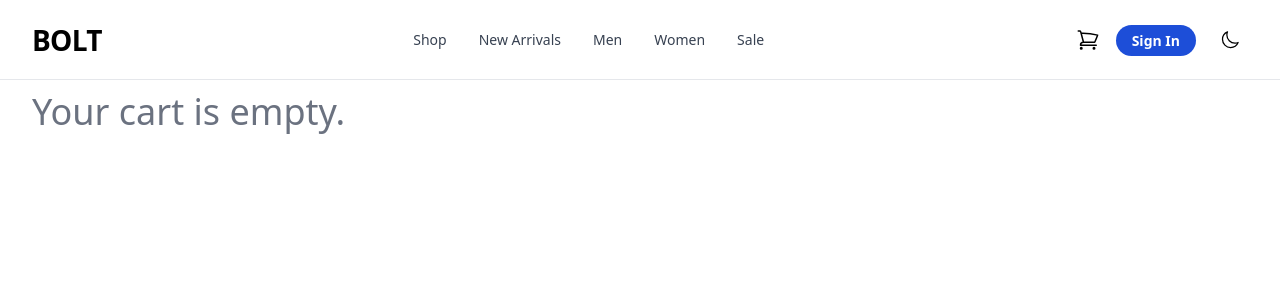
Repository: coder101-js/Ecommer-Store
Page: /Cart
The author's editor kept a copy of each file at every save. The page is drawn from the files as they stood at one save, then again after the next save.
The browser window is 1280 px wide. The pictures show the whole page.
The project was rebuilt for these pictures with package versions that can differ from the ones it lists, and the page was loaded fresh each time. The framework's server and built-in components were replaced by stand-ins that run in the browser. Also part of the build but not shown: next.config.mjs.

Above is the page before, as saved 2025-07-19 20:17:12.

After the next save:
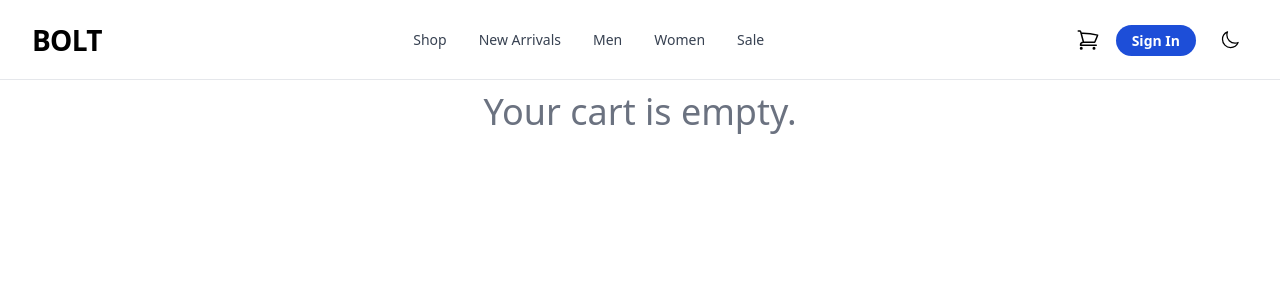
Saved 5 s later.
--- a/app/Cart/page.js
+++ b/app/Cart/page.js
@@ -17,7 +17,7 @@ export default function CartPage() {
       <h1 className="text-3xl font-bold mb-6">Your Cart 🛒</h1>
 
       {cart.length === 0 ? (
-        <p className="text-gray-500 text-4xl block  w-full dark:text-white">Your cart is empty.</p>
+        <p className="text-gray-500 text-4xl block text-center w-full dark:text-white">Your cart is empty.</p>
       ) : (
         <>
           <div className="space-y-6">
